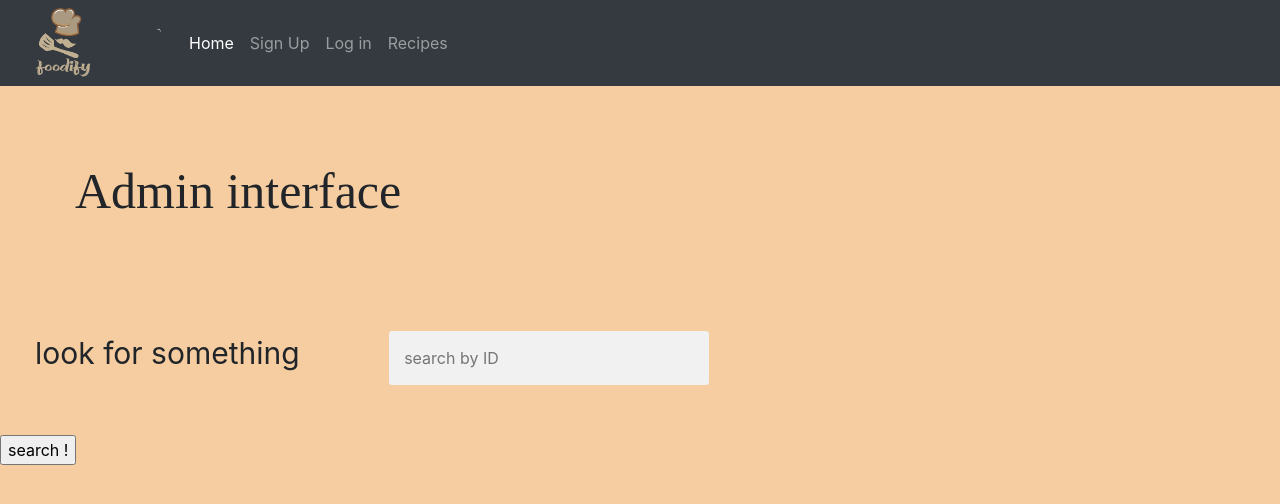
Repository: RanaHisham18/Foodify-Web-App
Page: http://localhost/Project IA raghda/admin.php
These files come from the project's save history. The page is drawn as it stood at one moment and after a run of saves; the edit follows.
The browser window is 1280 px wide. The pictures show the whole page.
The page is run by PHP 8.4 with error messages shown; the project is at /var/www/html/.

Above is the page before, as saved 2022-01-05 21:54:00.

### Project IA raghda/admin.php
<!DOCTYPE html>
<html lang="en">
<head>
    <meta charset="UTF-8">
    <meta http-equiv="X-UA-Compatible" content="IE=edge">
    <meta name="viewport" content="width=device-width, initial-scale=1.0">
    <meta name="viewport" content="width=device-width, initial-scale=1.0">
    <link rel="stylesheet" href="https://maxcdn.bootstrapcdn.com/bootstrap/4.0.0/css/bootstrap.min.css"
     integrity="sha384-Gn5384xqQ1aoWXA+058RXPxPg6fy4IWvTNh0E263XmFcJlSAwiGgFAW/dAiS6JXm" crossorigin="anonymous">
     <link rel="stylesheet" href="admin.css">
    <title>Admin Search</title>
</head>
<body>

 <!--Navigation Bar-->
 <nav class="navbar navbar-expand-lg navbar-dark bg-dark sticky-top">
     <img class="image" src="images/foodify.png" alt="Foodify logo">

        <button class="navbar-toggler" type="button" data-bs-toggle="collapse" data-bs-target="#navbarScroll" aria-controls="navbarScroll" aria-expanded="false" aria-label="Toggle navigation">
          <span class="navbar-toggler-icon"></span>
        </button>
      <div class="container-fluid">
          <div class="collapse navbar-collapse" id="navbarScroll">
            <ul class="navbar-nav me-auto my-2 my-lg-0 navbar-nav-scroll" style="--bs-scroll-height: 100px;">
              <li class="nav-item">
                <a class="nav-link active" aria-current="page" href="home.php">Home</a>
              </li>
              <li class="nav-item">
                <a class="nav-link" href="register.php">Sign Up</a>
              </li>
              <li class="nav-item">
                <a class="nav-link" href="login.php">Log in</a>
              </li>
              <li class="nav-item">
                <a class="nav-link" href="#recipes">Recipes</a>

              </li>
            </ul>

          </div>
        </div>
    </nav>
    <header><h2>Admin interface</h2></header>
    <form method="POST">
        <label class="label">look for something</label>
        <input type="text" name="search" placeholder="search by ID" autocomplete="off" required>  <br> <br>
        <input type="submit" name="submit" value="search !">

    </form>
<?php

include 'server1.php';
$con = 'server1.php';
if(isset($_POST['submit'])){
    $ss = $_POST['search'];
    $query= "SELECT * FROM `reciepes` WHERE `id`='$ss'";
    $ress = mysqli_query($db,$query);

if ($roww = mysqli_fetch_array($ress)){

?>
    <br/><br/>
    <center>
    <table border="2">
    <tr>
        <th>Name</th>
        <th>ID</th>
        <th>color</th>
        <th>price</th>
        <th>Image</th>
        <th>Edit</th>
        <th>Delete</th>


    </tr>

    <tr>
        <Td><?php echo $roww['name'] ?> </Td>
        <Td><?php echo $roww['id'] ?> </Td>
        <Td><?php echo $roww['category'] ?> </Td>
        <td><img src=" <?php echo $roww['image']; ?>"/> </td>
        <td><a href=" update.php?id= <?php echo $roww['id']; ?>">Edit</a></td>
        <td><a href=" delete.php?id= <?php echo $roww['id']; ?>">Delete</a></td>




    </tr>
    </table>
    </center>
    <?php
}
else{
    echo "Name not found";


} }
?>

<script src="https://cdn.jsdelivr.net/npm/bootstrap@5.1.3/dist/js/bootstrap.bundle.min.js" integrity="sha384-ka7Sk0Gln4gmtz2MlQnikT1wXgYsOg+OMhuP+IlRH9sENBO0LRn5q+8nbTov4+1p" crossorigin="anonymous"></script>
</body>
</html>

### Project IA raghda/server1.php
<?php
if(!isset($_SESSION)){
    session_start();
}

$error=array();
$db=mysqli_connect('localhost','root','','section');


if(isset($_POST['register'])){
    $firstname=mysqli_real_escape_string($db,$_POST['firstname']);
    $lastname=mysqli_real_escape_string($db,$_POST['lastname']);
    $email=mysqli_real_escape_string($db,$_POST['email']);
    $password1=mysqli_real_escape_string($db,$_POST['psw1']);
    $password2=mysqli_real_escape_string($db,$_POST['psw2']);
    if(empty($firstname)){
        array_push($error,"Firstname is required");
    }
    if(empty($lastname)){
        array_push($error,"Lastname is required");
    }
    if(empty($email)){
        array_push($error,"Email is required");
    }
    if(empty($password1)){
        array_push($error,"Password is required");
    }
    if(empty($password2)){
        array_push($error,"Confirm password is required");
    }
    if($password1!=$password2){
        array_push($error,"Passwords do not match");
    }
    if(count($error)==0){
        $sql="INSERT INTO users(firstname,lastname,email,password,confirmpassword) Values('$firstname','$lastname','$email','$password1','$password2')";
        mysqli_query($db,$sql);
    }

}
//login
if(isset($_POST['login'])){
    $email=mysqli_real_escape_string($db,$_POST['email']);
    $password=mysqli_real_escape_string($db,$_POST['psw']);
    if(empty($email)){
        array_push($error,"Email is required");
    }
    if(empty($password)){
        array_push($error,"Password is required");
    }
    if(count($error)==0){
        $query="SELECT * FROM users WHERE email='$email' AND password='$password'";
        $result=mysqli_query($db,$query);
        if(mysqli_num_rows($result)==1){
            $_SESSION['email']=$email;
            $_SESSION['success']="Welcome you are logged in";
            //redirect user to recipes page
            header('Location:records.php');
        }
    }
}
//logout
if(isset($_GET['logout'])){
    session_destroy();
    unset($_SESSION['email']);
    header('location:login.php');
}

### Project IA raghda/admin.css
.image{
    cursor: pointer;
    height:70px;
     width:130px;
    margin-left: 20px;
  }
  .scroll{
      margin-top:200px;
      margin-left:50px;
  }
  h2{
    font-family: 'Pacifico', cursive;
    font-size: 50px;
    margin: 75px;
}
body
{
    background-color: #f5cda0;
}

input[type=text] {
    width :25%;
    padding: 15px;
    margin: 5px 0 10px 0;
    margin-left: 50px;
    display: inline-block;
    border: none;
    border-radius: 3px;
    background: #f1f1f1;
  }

  input[type=text]:focus {
    background-color: #ddd;
    outline: none;
  }
.label{
    margin: 35px;
    font-size: 30px;
}


input[type= submit]{
    margi

}

After the next 6 saves:
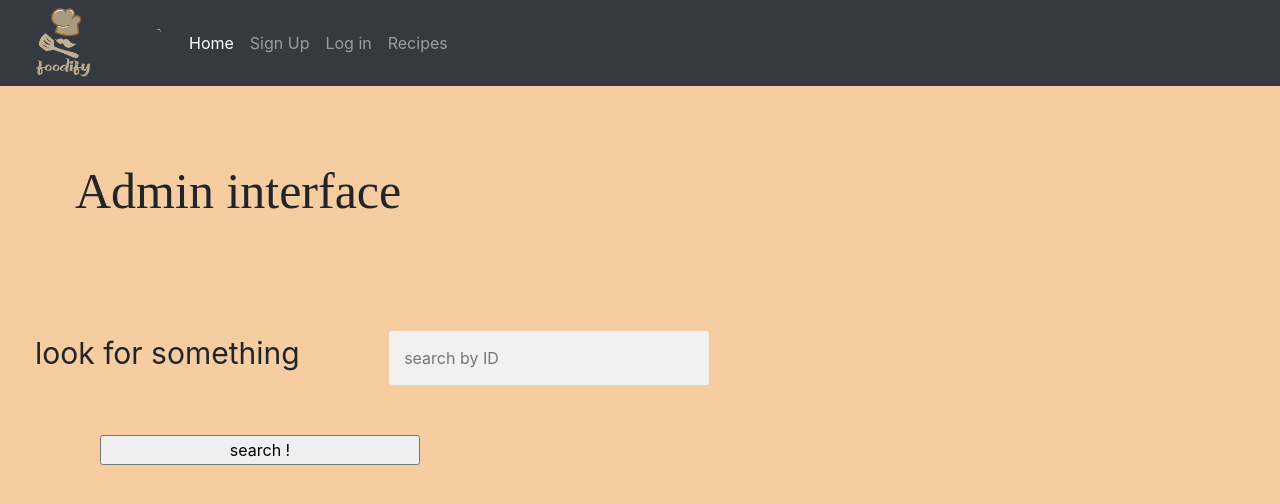
The 6 saves are shown as one change because they came seconds apart.
The last was saved 24 s later.
--- a/Project IA raghda/admin.css
+++ b/Project IA raghda/admin.css
@@ -40,6 +40,7 @@ input[type=text] {
 
 
 input[type= submit]{
-    margi
+    margin-left: 100px;
+    width: 25%;
 
 }
